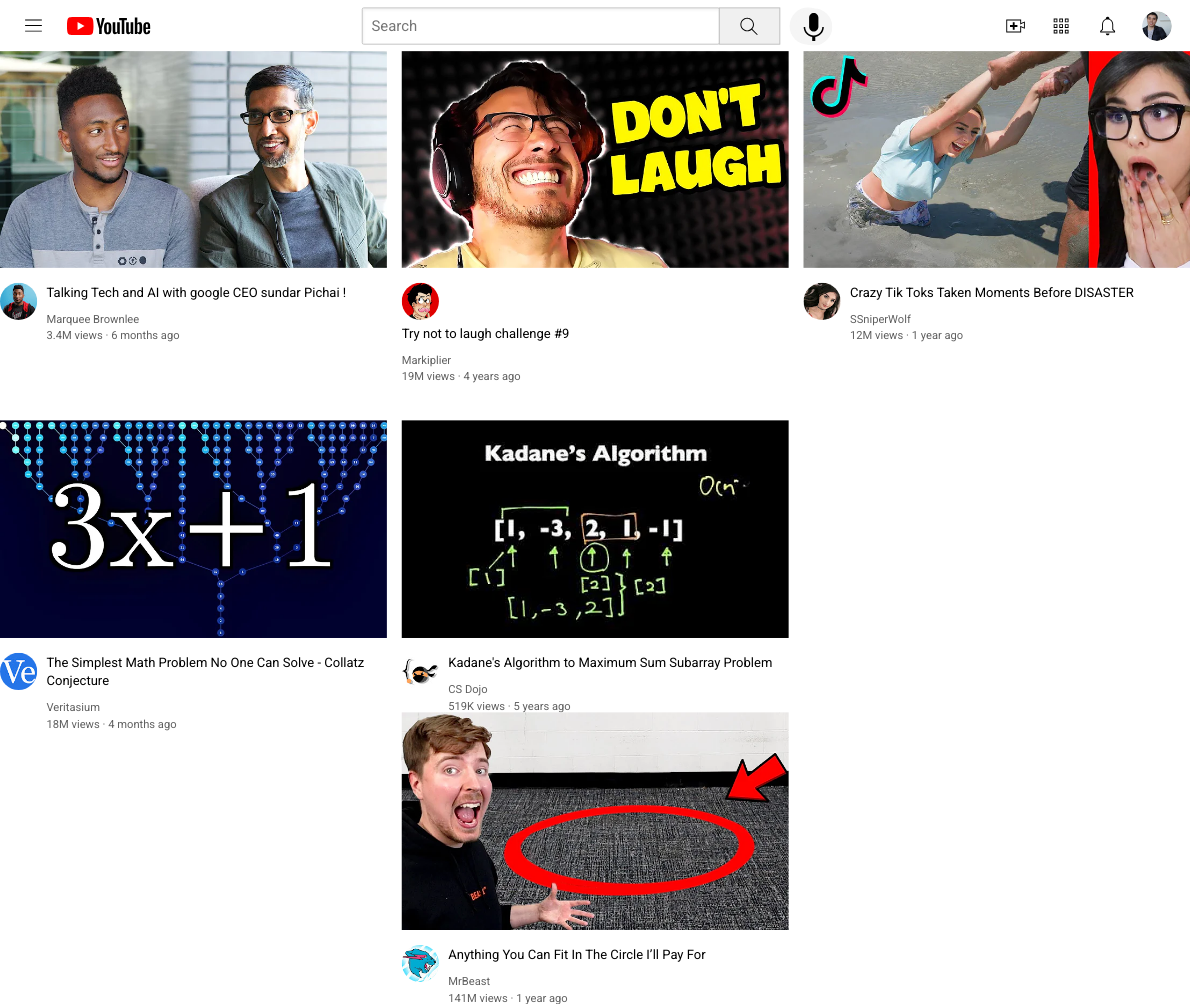
Repository: knowledgeAlan/html-css-thirteen
Page: youtube.html
The author's editor kept a copy of each file at every save. The page is drawn from the files as they stood at one save, then again after the next save.
The browser window is 1280 px wide. The pictures show the whole page, at 93% of full size.

Above is the page before, as saved 2024-03-19 18:30:00.

After the next save:
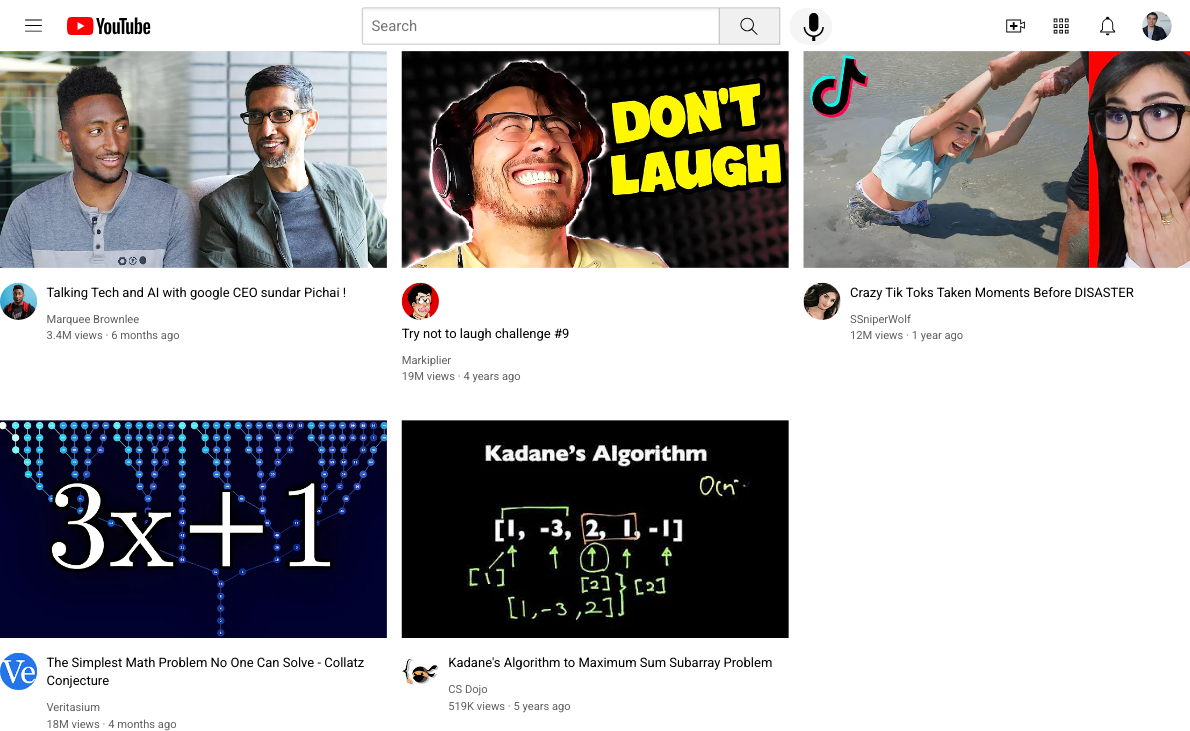
Saved 14 s later.
--- a/youtube.html
+++ b/youtube.html
@@ -191,33 +191,6 @@
                  </div>
             </div>
 
-        </div>
-
-        <div class="video-preview">
-            <div class="thumbnail-row">
-                <img class="thumbnail" src="thumbnails/thumbnail-6.webp">
-            </div>
-
-            <div class="video-info-grid">
-                <div class="channel-picture">
-                    <img class="profile-picture" src="channel-pictures/channel-6.jpeg">
-                </div>
-                <div class="video-info">
-                    <p class="video-title">
-                        Anything You Can Fit In The Circle I’ll Pay For
-                    </p>
-
-                    <p class="video-author">
-                        MrBeast
-                    </p>
-
-                    <p class="video-stats">
-                        141M views &#183; 1 year ago
-                    </p>
-                </div>
-            </div>
-
-        </div>
 
 
 
